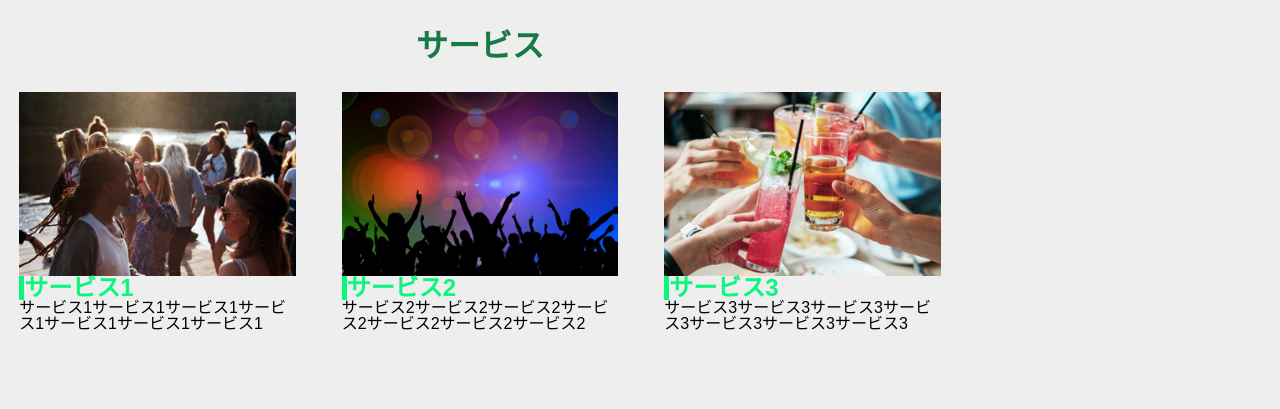
Repository: sonoyama01/dezasuta
Page: 第３回課題/work2/index.html
These files come from the project's save history. The page is drawn as it stood at one moment and after the next save; the edit follows.
The browser window is 1280 px wide. The pictures show the whole page.

Above is the page before, as saved 2024-04-27 23:15:23.

After the next save:
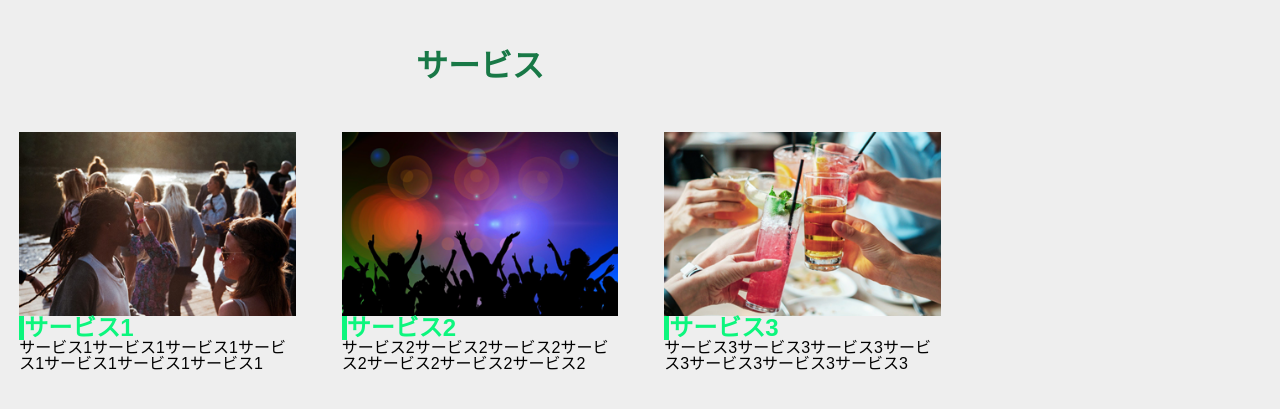
Saved 81 s later.
--- a/第３回課題/work2/css/style.css
+++ b/第３回課題/work2/css/style.css
@@ -7,8 +7,7 @@ body {
 h1 {
   text-align: center;
   color: rgb(24, 120, 70);
-  margin: 30px auto;
-  padding: 30px auto;
+  margin: 50px auto;
 }
 
 h2 {
